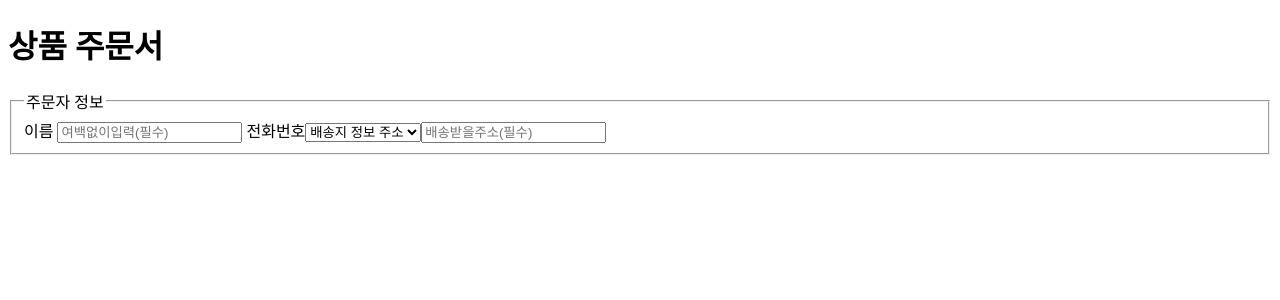
Repository: Dalso13/workspace
Page: workspace_exam/Test_1/WebContent/02_css/15_form test.html
The author's editor kept a copy of each file at every save. The page is drawn from the files as they stood at one save, then again after the next save.
The browser window is 1280 px wide. The pictures show the whole page.

Above is the page before, as saved 2023-03-16 01:06:46.

After the next save:
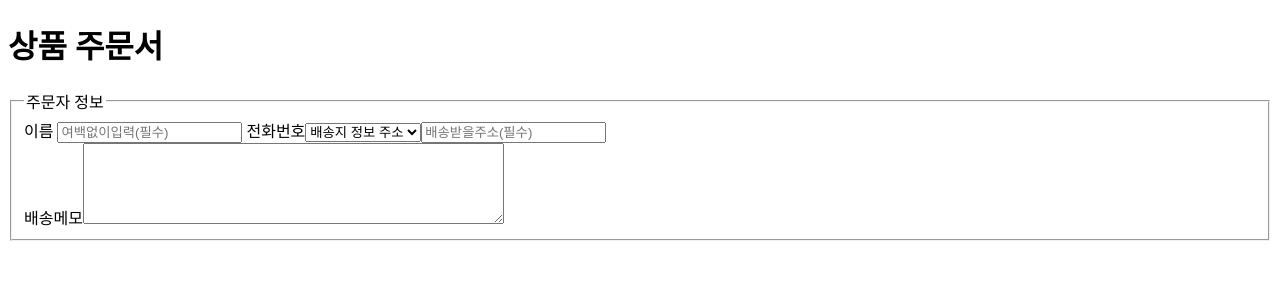
Saved 62 s later.
--- a/workspace_exam/Test_1/WebContent/02_css/15_form test.html
+++ b/workspace_exam/Test_1/WebContent/02_css/15_form test.html
@@ -18,8 +18,8 @@
 
 	<fieldset>
 	<legend>배송지 정보</legend>
-	주소<input type="text" placeholder="배송받을주소(필수)">
-
+	주소<input type="text" placeholder="배송받을주소(필수)"><br>
+	배송메모<textarea rows="5" cols="50"></textarea>
 	</fieldset>
 	</form>
 </body>
